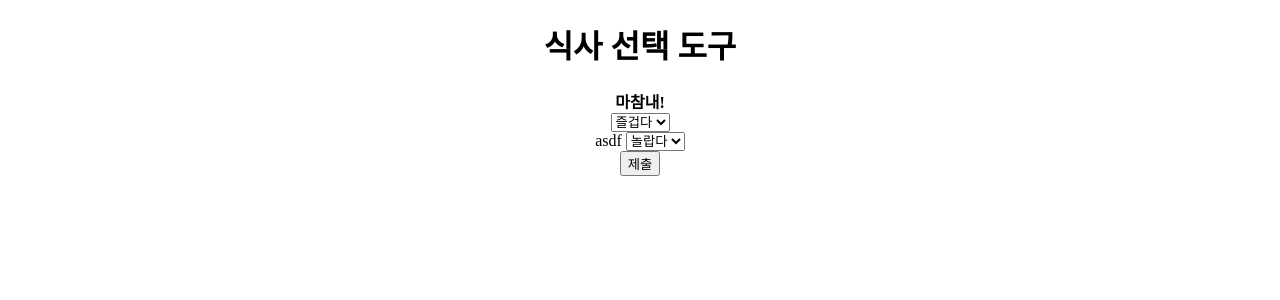
Repository: kimgh06/JavaWeb
Page: http://localhost/what/
The author's editor kept a copy of each file at every save. The page is drawn from the files as they stood at one save, then again after the next save.
The browser window is 1280 px wide. The pictures show the whole page.
The page is served by Tomcat 9. Other server files are loaded and not shown.

Above is the page before, as saved 2022-11-03 02:39:18.

### what/src/main/webapp/index.jsp
<%@ page language="java" contentType="text/html; charset=EUC-KR"
	pageEncoding="EUC-KR"%>
<!DOCTYPE html>
<html>
<head>
<meta charset="EUC-KR">
<title>식사 선택 도구</title>
<link href="./main.css" rel="stylesheet" type="text/css">
</head>
<body>
	<div id="main">
		<h1>식사 선택 도구</h1>
		<b>마참내!</b>
		<div id="form">
			<div>
				<select>
					<option>즐겁다</option>
					<option>화난다</option>
					<option>기쁘다</option>
				</select>
			</div>
			<div>
				<label>asdf</label>
				<select>
					<option>놀랍다</option>
				</select>
			</div>
			<button>제출</button>
		</div>
	</div>
</body>
</html>

### what/src/main/webapp/main.css
@CHARSET "UTF-8";

#main{
	text-align: center;
	display: block;
}

#form{
	display: block;
}

After the next save:
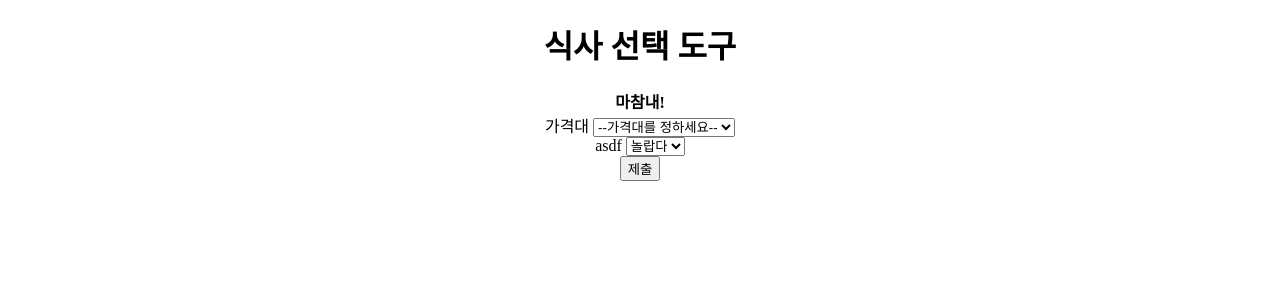
Saved 21 h 32 min later.
--- a/what/src/main/webapp/index.jsp
+++ b/what/src/main/webapp/index.jsp
@@ -13,10 +13,14 @@
 		<b>마참내!</b>
 		<div id="form">
 			<div>
+				<label>가격대</label>
 				<select>
-					<option>즐겁다</option>
-					<option>화난다</option>
-					<option>기쁘다</option>
+					<option value="-1">--가격대를 정하세요--</option>
+					<option value="1">8000이하</option>
+					<option value="2">13000이하</option>
+					<option value="3">18000이하</option>
+					<option value="4">23000이하</option>
+					<option value="5">23000이상</option>
 				</select>
 			</div>
 			<div>
